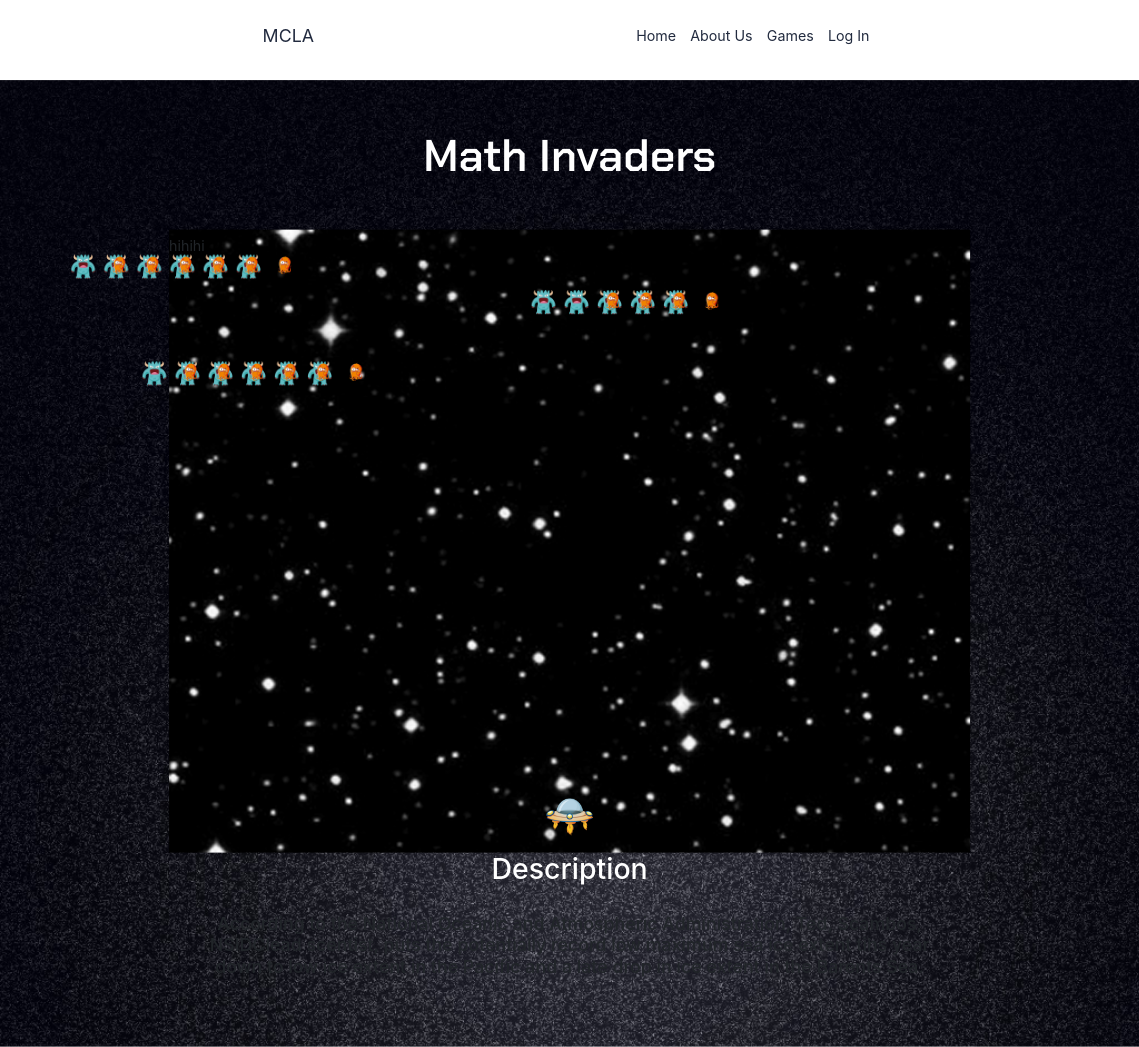
Repository: kkyler24/MathInvader
Page: index.html
These files come from the project's save history. The page is drawn as it stood at one moment and after the next save; the edit follows.
The browser window is 1280 px wide. The pictures show the whole page, at 89% of full size.
Some web libraries are served in a nearby version.

Above is the page before, as saved 2020-07-20 15:33:21.

### index.html
<!DOCTYPE html>
<html lang="en">
  <head>
    <!-- Required meta tags -->
    <meta charset="utf-8" />
    <meta
      name="viewport"
      content="width=device-width, initial-scale=1, shrink-to-fit=no"
    />

    <!-- Bootstrap CSS -->
    <link
      rel="stylesheet"
      href="https://maxcdn.bootstrapcdn.com/bootstrap/4.0.0/css/bootstrap.min.css"
      integrity="sha384-Gn5384xqQ1aoWXA+058RXPxPg6fy4IWvTNh0E263XmFcJlSAwiGgFAW/dAiS6JXm"
      crossorigin="anonymous"
    />

    <link
      href="https://fonts.googleapis.com/css2?family=Chakra+Petch:wght@600&display=swap"
      rel="stylesheet"
    />
    <link href="./jsFolder/index.css" rel="stylesheet" />

    <title>Math Invaders</title>
  </head>
  <!-- Navbar -->
  <body class="burger-menu">
    <div id="mainBody">
      <nav
        id="marginb"
        class="navbar navbar-expand-lg fixed-top navbar-transparent"
      >
        <div class="container">
          <a class="navbar-brand" href="#">MCLA</a>
          <div class="separator separator-primary"></div>
          <button
            class="navbar-toggler"
            type="button"
            data-toggle="collapse"
            data-target="#navbarNav"
            aria-controls="navbarNav"
            aria-expanded="false"
            aria-label="Toggle navigation"
          >
            <span class="navbar-toggler-icon"></span>
          </button>
          <div class="collapse navbar-collapse" id="navbarNav">
            <ul class="navbar-nav">
              <li class="nav-item active">
                <a class="nav-link" href="#"
                  >Home <span class="sr-only">(current)</span></a
                >
              </li>
              <li class="nav-item">
                <a class="nav-link" href="#">About Us</a>
              </li>
              <li class="nav-item">
                <a class="nav-link" href="#">Games</a>
              </li>
              <li class="nav-item">
                <a class="nav-link" href="#">Log In</a>
              </li>
            </ul>
          </div>
        </div>
      </nav>
      <div id="wrapper">


      </div>
      <div id="backgroundSection" class="section section-about-us">
        <div class="content-center">
            <div class="containerM">
              <h1 id="titleG" class="title">Math Invaders</h1>
            </div>
          </div>
        <div class="containerM">
          <div class="section-story-overview">

            <div class="separator separator-primary"></div>
            <div class="game-wrapper">
<div id="Game" class="Game"> hihihi</div>
<div class="congratulations">
    <h1>Congratulations!</h1>
    <h2>You won the game</h2>
    <button class="btn" onclick="window.location.reload()">Restart</button>
              </div>
              <div class="game-over">
                <h1>GAME OVER</h1>
                <h2>You lost the game</h2>
                <button class="btn" onclick="window.location.reload()">Restart</button>
          </div>
                    </div>
                    <div class="separator separator-primary"></div>
                    <div class="row">
                        <div class="col-md-8 ml-auto mr-auto text-center">
                            <h2 class="title gameT">Description</h2>
                            <h5 class="description">According to the National Oceanic and Atmospheric Administration, Ted, Scambos, NSIDClead scentist, puts the potentially record low maximum sea ice extent tihs year down to low ice extent in the Pacific and a late drop in ice extent in the Barents Sea.</h5>
                        </div>
                    </div>
                </div>
            </div>
        </div>
    </div>
    </div>
</div>
    <!-- Optional JavaScript -->
    <!-- jQuery first, then Popper.js, then Bootstrap JS -->
    <script
      src="https://code.jquery.com/jquery-3.2.1.slim.min.js"
      integrity="sha384-KJ3o2DKtIkvYIK3UENzmM7KCkRr/rE9/Qpg6aAZGJwFDMVNA/GpGFF93hXpG5KkN"
      crossorigin="anonymous"
    ></script>
    <script
      src="https://cdnjs.cloudflare.com/ajax/libs/popper.js/1.12.9/umd/popper.min.js"
      integrity="sha384-ApNbgh9B+Y1QKtv3Rn7W3mgPxhU9K/ScQsAP7hUibX39j7fakFPskvXusvfa0b4Q"
      crossorigin="anonymous"
    ></script>
    <script
      src="https://maxcdn.bootstrapcdn.com/bootstrap/4.0.0/js/bootstrap.min.js"
      integrity="sha384-JZR6Spejh4U02d8jOt6vLEHfe/JQGiRRSQQxSfFWpi1MquVdAyjUar5+76PVCmYl"
      crossorigin="anonymous"
    ></script>


    <script src="./jsFolder/Aliens.js"></script>
    <script src="./jsFolder/tokens.js"></script>
    <script src="./jsFolder/game.js"></script>
  </body>
</html>

### jsFolder/index.css
html,
body {
  height: 100%;
  margin: 0;
  font-size: 16px;
  columns: #222b3f;
}
/*  navbar*/

.navbar.navbar-transparent {
  background-color: transparent !important;
  box-shadow: none;
  color: #fff;
  padding-top: 20px !important;
}

.fixed-top {
  position: fixed;
  top: 0;
  right: 0;
  left: 0;
  z-index: 1030;
}
#navbarNav {
  justify-content: flex-end;
}

#marginb {
  margin-bottom: 20px !important;
}
.navbar {
  position: relative;
  display: flex;
  flex-wrap: wrap;
  align-items: center;
  justify-content: space-between;
  padding: 0.5rem 1rem;
  padding-top: 0.625rem;
  padding-bottom: 0.625rem;
  min-height: 53px;
}

a {
  color: #222b3f;
  text-decoration: none;
  background-color: transparent;
}

.containerM {
  width: 100%;
  padding-right: 15px;
  padding-left: 15px;
  margin-right: auto;
  margin-left: auto;
}

.button-dropdown {
  padding-right: 0.7rem;
  cursor: pointer;
}

.navbar.navbar-transparent {
  background-color: transparent !important;
  color: #fff;
}

.dropdown {
  position: relative;
}

.navbar > .container {
  display: flex;
  flex-wrap: wrap;
  align-items: center;
  justify-content: space-between;
}

.gameT {
  color: #fff;
}
#titleG {
  font-family: "Chakra Petch", sans-serif;
  font-size: 50px;
  font-weight: 700;
  padding-top: 30px;
}
/*  container */

.page-header.page-header-small {
  min-height: 60vh;
  max-height: 440px;
}

.page-header {
  padding: 0;
  color: #fff;
  position: relative;
  overflow: hidden;
}

.page-header .page-header-image {
  position: absolute;
  background-size: cover;
  background-position: 50%;
  width: 100%;
  height: 100%;
  z-index: -1;
}

.navbar-toggler:not(:disabled):not(.disabled) {
  cursor: pointer;
}

.content-center {
  position: relative;
  top: 50%;
  left: 50%;
  z-index: 2;
  transform: translate(-50%, -50%);
  text-align: center;
  color: #fff;
  padding: 0 15px;
  width: 100%;
  max-width: 880px;
}

.text-center {
  text-align: center !important;
}

.page-header .container {
  height: 100%;
  z-index: 1;
  text-align: center;
  position: relative;
}

.section {
  padding: 70px 0;
  position: relative;
  background: #fff;
}

.row {
  display: flex;
  flex-wrap: wrap;
  margin-right: -15px;
  margin-left: -15px;
}

.ml-auto,
.mx-auto {
  margin-left: auto !important;
}
.mr-auto,
.mx-auto {
  margin-right: auto !important;
}

.col-md-8 {
  position: relative;
  width: 100%;
  padding-right: 15px;
  padding-left: 15px;
}
h2 {
  margin-bottom: 30px;
  line-height: 1.2;
}

#backgroundSection {
  background-image: url("./pictures/MathApics/spaceship/blackmatte.jpg");
  background-repeat: no-repeat;
  background-size: cover;
  width: 100%;
  height: auto;
}

/* Game */

#Game {
  width: 900px;
  height: 700px;
  background: url("/jsFolder/pictures/MathApics/spaceship/blackskybackground.jpg");
  animation: scroll-background 5s linear infinite;
  box-shadow: 0 2px 10px rgba(0, 0, 0, 0.2);
  position: relative;
}

.wrap {
  display: flex;
  flex-direction: column;
  height: 100%;
}

.game-wrapper {
  flex: 1;
  display: flex;
  justify-content: center;
  align-items: center;
  /* background: #2; */
}

.game .enemy {
  position: absolute;
  margin-left: -20px;
  margin-top: -18px;
  width: 40px;
  height: 40px;
}

.game .token {
  position: absolute;
  margin-left: -20px;
  margin-top: -18px;
  width: 40px;
}

.player {
  position: absolute;
  margin-left: -20px;
  width: 60px;
  height: 60px;
  z-index: 3;
}

.game {
  position: absolute;
  margin-left: -20px;
  width: 40px;
  height: 40px;
}

.game .laser {
  position: absolute;
  margin-left: -2.5px;
  height: 30px;
}

.game .enemy-laser {
  position: absolute;
  margin-left: -2.5px;
  height: 30px;
}

.congratulations {
  display: none;
  position: absolute;
  background: #c7a526;
  color: white;
  padding: 20px 50px;
  box-shadow: 0 2px 10px rgba(0, 0, 0, 0.2);
  border-radius: 10px;
  text-align: center;
  animation: pop-in 1s;
}

.game-over {
  display: none;
  position: absolute;
  background: #6b1818;
  color: white;
  padding: 20px 50px;
  box-shadow: 0 2px 10px rgba(0, 0, 0, 0.2);
  border-radius: 10px;
  text-align: center;
  animation: pop-in 1s;
}

@keyframes scroll-background {
  from {
    background-position-y: 0px;
  }
  to {
    background-position-y: 300px;
  }
}

@keyframes pop-in {
  0% {
    opacity: 0;
    transform: translate(0, -100px);
  }
  10% {
    opacity: 1;
  }
  50% {
    transform: translate(0, 30px);
  }
  100% {
    transform: translate(0, 0);
  }
}

/* media Queries */

@media (min-width: 768px) {
  .col-md-8 {
    flex: 0 0 66.666667%;
    max-width: 66.666667%;
  }
}
@media (min-width: 768px) {
  .container {
    max-width: 720px;
  }
}

@media (min-width: 992px) {
  .navbar-expand-lg .navbar-toggler {
    display: none;
  }
}

@media (max-width: 991.98px) {
  .navbar-expand-lg > .container {
    padding-right: 0;
    padding-left: 0;
  }
}

@media (min-width: 768px) {
  .container {
    max-width: 720px;
  }
}

@media screen and (max-width: 991px) {
  .button-dropdown {
    display: none;
  }
}

@media (min-width: 992px) {
  .navbar-expand-lg .navbar-toggler {
    display: none;
  }
}

@media screen and (max-width: 991px) {
  .sidebar-collapse .wrapper {
    transition: all 0.5s cubic-bezier(0.685, 0.0473, 0.346, 1);
  }
}

### jsFolder/game.js
const GAME_WIDTH = 800;
const GAME_HEIGHT = 700;

const KEY_CODE_LEFT = 37;
const KEY_CODE_RIGHT = 39;
const KEY_CODE_SPACE = 32;
const POINT_VALUE = 0;
// needed to calculate clamp so player an enemies so no move off screen.
const PLAYER_WIDTH = 5;
// ship movement speed
const PLAYER_MAX_SPEED = 500.0;
const LASER_MAX_SPEED = 300.0;
const LASER_COOLDOWN = 0.5;

const TOKENS_PER_ROW = 10;
const ENEMIES_PER_ROW = 6;
const ENEMY_HORIZONTAL_PADDING = 30;
const ENEMY_VERTICAL_PADDING = 20;
const ENEMY_VERTICAL_SPACING = 40;
const ENEMY_COOLDOWN = 5.0;
// contains entire state of game which included position of player, lasers and enemies on screen.
const tokensArray = [
  {
    url: "/jsFolder/pictures/MathApics/invaders_png/one.png",
    point: 1,
  },
  {
    url: "/jsFolder/pictures/MathApics/invaders_png/two.png",
    point: 2,
  },
  {
    url: "/jsFolder/pictures/MathApics/invaders_png/three.png",
    point: 3,
  },
  {
    url: "/jsFolder/pictures/MathApics/invaders_png/four.png",
    point: 4,
  },
  {
    url: "/jsFolder/pictures/MathApics/invaders_png/five.png",
    point: 5,
  },
  {
    url: "/jsFolder/pictures/MathApics/invaders_png/six.png",
    point: 6,
  },
  {
    url: "/jsFolder/pictures/MathApics/invaders_png/seven.png",
    point: 7,
  },
  {
    url: "/jsFolder/pictures/MathApics/invaders_png/eight.png",
    point: 8,
  },
  {
    url: "/jsFolder/pictures/MathApics/invaders_png/nine.png",
    point: 9,
  },
];

const GAME_STATE = {
  lastTime: Date.now(),
  // setting the keys pressed to false
  leftPressed: false,
  rightPressed: false,
  spacePressed: false,
  // players
  playerX: 0,
  playerY: 0,
  playerCooldown: 0,
  lasers: [],
  enemies: [],
  tokens: [],
  pointvalue: [],
  enemyLasers: [],
  gameOver: false,
};

function rectsIntersect(r1, r2) {
  return !(
    r2.left > r1.right ||
    r2.right < r1.left ||
    r2.top > r1.bottom ||
    r2.bottom < r1.top
  );
}

// positioning for our enemies
function setPosition($el, x, y) {
  $el.style.transform = `translate(${x}px, ${y}px)`;
}

// calculates restraints of objects on Canvas, so they do not move beyond canvas
function clamp(v, min, max) {
  // is input value smaller than minumum, yes? return min
  if (v < min) {
    return min;
    // is input value larger than maximum, yes? return max
  } else if (v > max) {
    return max;
    // else give average
  } else {
    return v;
  }
}

function rand(min, max) {
  if (min === undefined) min = 0;
  if (max === undefined) max = 1;
  return min + Math.random() * (max - min);
}

function createPlayer($container) {
  // position of player in middle of screen you can reference the global var of gamewidth like you did below, for future refrence. this will keep the palyer on the game board.
  GAME_STATE.playerX = GAME_WIDTH / 2;
  GAME_STATE.playerY = GAME_HEIGHT - 70;
  const $player = document.createElement("img");
  $player.src = "/jsFolder/pictures/MathApics/spaceship/spaceship3.png";
  $player.style = "height:90px, width: 90px";
  $player.className = "player";
  $container.appendChild($player);
  setPosition($player, GAME_STATE.playerX, GAME_STATE.playerY);
}

// you lose, when player is hit but laser.
function destroyPlayer($container, player) {
  $container.removeChild(player);
  GAME_STATE.gameOver = true;
  // const audio = new Audio("sound/sfx-lose.ogg");
  audio.play();
}

function updatePlayer(dt, $container) {
  if (GAME_STATE.leftPressed) {
    GAME_STATE.playerX -= dt * PLAYER_MAX_SPEED;
  }
  if (GAME_STATE.rightPressed) {
    GAME_STATE.playerX += dt * PLAYER_MAX_SPEED;
  }

  GAME_STATE.playerX = clamp(
    GAME_STATE.playerX,
    PLAYER_WIDTH,
    GAME_WIDTH - PLAYER_WIDTH
  );

  if (GAME_STATE.spacePressed && GAME_STATE.playerCooldown <= 0) {
    createLaser($container, GAME_STATE.playerX, GAME_STATE.playerY);
    GAME_STATE.playerCooldown = LASER_COOLDOWN;
  }
  if (GAME_STATE.playerCooldown > 0) {
    GAME_STATE.playerCooldown -= dt;
  }

  const player = document.querySelector(".player");
  setPosition(player, GAME_STATE.playerX, GAME_STATE.playerY);
}

// laser container
function createLaser($container, x, y) {
  const $element = document.createElement("img");
  $element.src = "/jsFolder/pictures/img/laser-blue-1.png";
  $element.className = "laser";
  $container.appendChild($element);
  const laser = { x, y, $element };
  GAME_STATE.lasers.push(laser);
  // const audio = new Audio("./pictures/sound/sfx-laser1.ogg");
  // audio.play();
  setPosition($element, x, y);
}

function updateLasers(dt, $container) {
  const lasers = GAME_STATE.lasers;
  for (let i = 0; i < lasers.length; i++) {
    const laser = lasers[i];
    laser.y -= dt * LASER_MAX_SPEED;
    if (laser.y < 0) {
      destroyLaser($container, laser);
    }
    setPosition(laser.$element, laser.x, laser.y);
    const r1 = laser.$element.getBoundingClientRect();
    const enemies = GAME_STATE.enemies;
    for (let j = 0; j < enemies.length; j++) {
      const enemy = enemies[j];
      if (enemy.isDead) continue;
      const r2 = enemy.$element.getBoundingClientRect();
      if (rectsIntersect(r1, r2)) {
        // Enemy was hit
        destroyEnemy($container, enemy);
        destroyLaser($container, laser);
        break;
      }
    }
  }
  GAME_STATE.lasers = GAME_STATE.lasers.filter((e) => !e.isDead);
}

function destroyLaser($container, laser) {
  $container.removeChild(laser.$element);
  laser.isDead = true;
}

// // CREATE ENEMY
function createEnemy($container, x, y) {
  const $element1 = document.createElement("img");
  const $element2 = document.createElement("img");
  $element1.src =
    "/jsFolder/pictures/MathApics/invaders_png/angerangryalien1.png";
  $element2.src = "/jsFolder/pictures/MathApics/invaders_png/orange.png";
  $element1.className = "enemy";
  $element2.className = "enemy";
  $container.appendChild($element1);
  $container.appendChild($element2);
  const enemy = {
    x,
    y,
    cooldown: rand(0.5, ENEMY_COOLDOWN),
    $element1,
    $element2,
  };
  GAME_STATE.enemies.push(enemy);
  setPosition($element1, x, y);
  setPosition($element2, x, y);
}

function updateEnemies(dt, $container) {
  const dx = Math.sin(GAME_STATE.lastTime / 1000.0) * 50;
  const dy = Math.cos(GAME_STATE.lastTime / 1000.0) * 10;

  const enemies = GAME_STATE.enemies;
  for (let i = 0; i < enemies.length; i++) {
    const enemy = enemies[i];
    const x = enemy.x + dx;
    const y = enemy.y + dy;
    setPosition(enemy.$element, x, y);
    enemy.cooldown -= dt;
    if (enemy.cooldown <= 0) {
      createEnemyLaser($container, x, y);
      enemy.cooldown = ENEMY_COOLDOWN;
    }
  }
  GAME_STATE.enemies = GAME_STATE.enemies.filter((e) => !e.isDead);
}

// tokens
// function createTokens($container, x, y) {
//   const $element = document.createElement("img");
//   const index = Math.random() * tokensArray.lenghth;
//   $element.src = tokensArray[index].url;
//   $element.className = "token";
//   $element.setAttribute("data-point", tokensArray[index].point);
//   $container.appendChild($element);
//   const tokens = { x, y, $element };
//   GAME_STATE.tokens.push(tokens);
//   // const audio = new Audio("./pictures/sound/sfx-laser1.ogg");
//   // audio.play();
//   setPosition($element, x, y);
// }

// function updateTokens(dt, $container) {
//   const tokens = GAME_STATE.tokens;
//   for (let i = 0; i < tokensArray.length; i++) {
//     const tokens = tokens[i];
//     tokens.y -= dt * LASER_MAX_SPEED;
//     if (tokens.y < 0) {
//       destroyLaser($container, tokens);
//     }
//     setPosition(tokens.$element, tokens.x, tokens.y);
//     const r1 = tokens.$element.getBoundingClientRect();
//     const enemies = GAME_STATE.enemies;
//     for (let j = 0; j < enemies.length; j++) {
//       const enemy = enemies[j];
//       if (enemy.isDead) continue;
//       const r2 = enemy.$element.getBoundingClientRect();
//       if (rectsIntersect(r1, r2)) {
//         // Enemy was hit
//         destroyToken($container, tokens);
//         // get attribute point form container nd push into array.
//       }
//     }
//   }
//   GAME_STATE.tokens = GAME_STATE.tokens.filter((e) => !e.isDead);
// }

function init() {
  const $container = document.querySelector(".Game");
  createPlayer($container);

  const enemySpacing =
    (GAME_WIDTH - ENEMY_HORIZONTAL_PADDING * 50) / ENEMIES_PER_ROW - 0.5;
  for (let j = 0; j < 3; j++) {
    const y = ENEMY_VERTICAL_PADDING + j * ENEMY_VERTICAL_SPACING;
    for (let i = 0; i < ENEMIES_PER_ROW; i++) {
      const x = i * enemySpacing + ENEMY_HORIZONTAL_PADDING;
      createEnemy($container, x, y);
    }
  }
}

function update(e) {
  const currentTime = Date.now();
  const dt = (currentTime - GAME_STATE.lastTime) / 1000.0;

  // display gameover block
  if (GAME_STATE.gameOver) {
    document.querySelector(".game-over").style.display = "block";
    return;
  }

  // display winning
  function playerHasWon() {
    return GAME_STATE.enemies.length === 0;
  }

  const $container = document.querySelector(".Game");
  updatePlayer(dt, $container);
  updateLasers(dt, $container);

  GAME_STATE.lastTime = currentTime;
  window.requestAnimationFrame(update);
}

function onKeyDown(e) {
  if (e.keyCode === KEY_CODE_LEFT) {
    GAME_STATE.leftPressed = true;
  } else if (e.keyCode === KEY_CODE_RIGHT) {
    GAME_STATE.rightPressed = true;
  } else if (e.keyCode === KEY_CODE_SPACE) {
    GAME_STATE.spacePressed = true;
  }
}

function onKeyUp(e) {
  if (e.keyCode === KEY_CODE_LEFT) {
    GAME_STATE.leftPressed = false;
  } else if (e.keyCode === KEY_CODE_RIGHT) {
    GAME_STATE.rightPressed = false;
  } else if (e.keyCode === KEY_CODE_SPACE) {
    GAME_STATE.spacePressed = false;
  }
}

init();
window.addEventListener("keydown", onKeyDown);
window.addEventListener("keyup", onKeyUp);
window.requestAnimationFrame(update);

Loaded but not shown: jsFolder/Aliens.js (empty); jsFolder/tokens.js (empty)

After the next save:
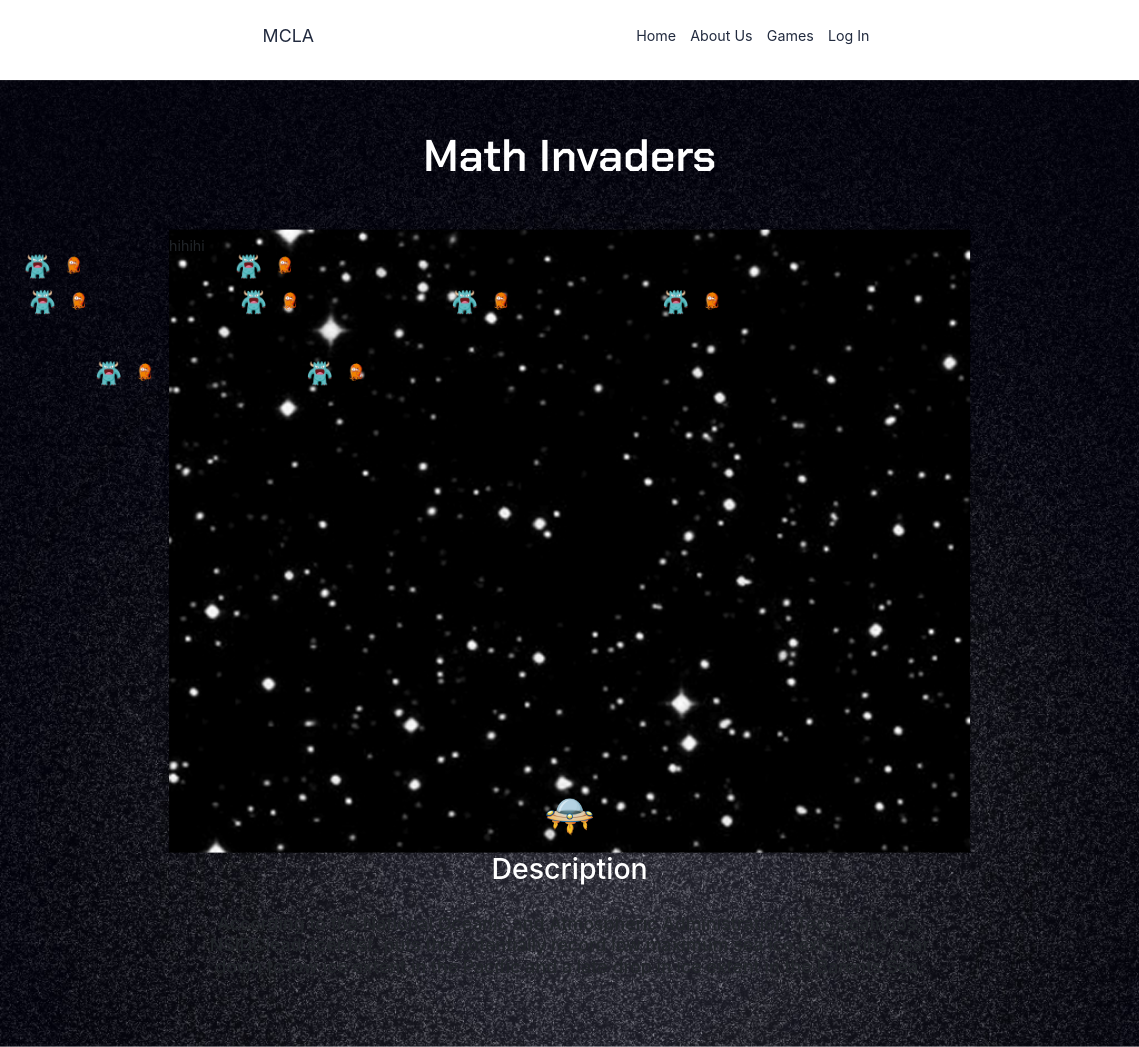
Saved 19 s later.
--- a/jsFolder/game.js
+++ b/jsFolder/game.js
@@ -287,7 +287,7 @@ function init() {
   createPlayer($container);
 
   const enemySpacing =
-    (GAME_WIDTH - ENEMY_HORIZONTAL_PADDING * 50) / ENEMIES_PER_ROW - 0.5;
+    (GAME_WIDTH - ENEMY_HORIZONTAL_PADDING * 90) / ENEMIES_PER_ROW - 0.5;
   for (let j = 0; j < 3; j++) {
     const y = ENEMY_VERTICAL_PADDING + j * ENEMY_VERTICAL_SPACING;
     for (let i = 0; i < ENEMIES_PER_ROW; i++) {
